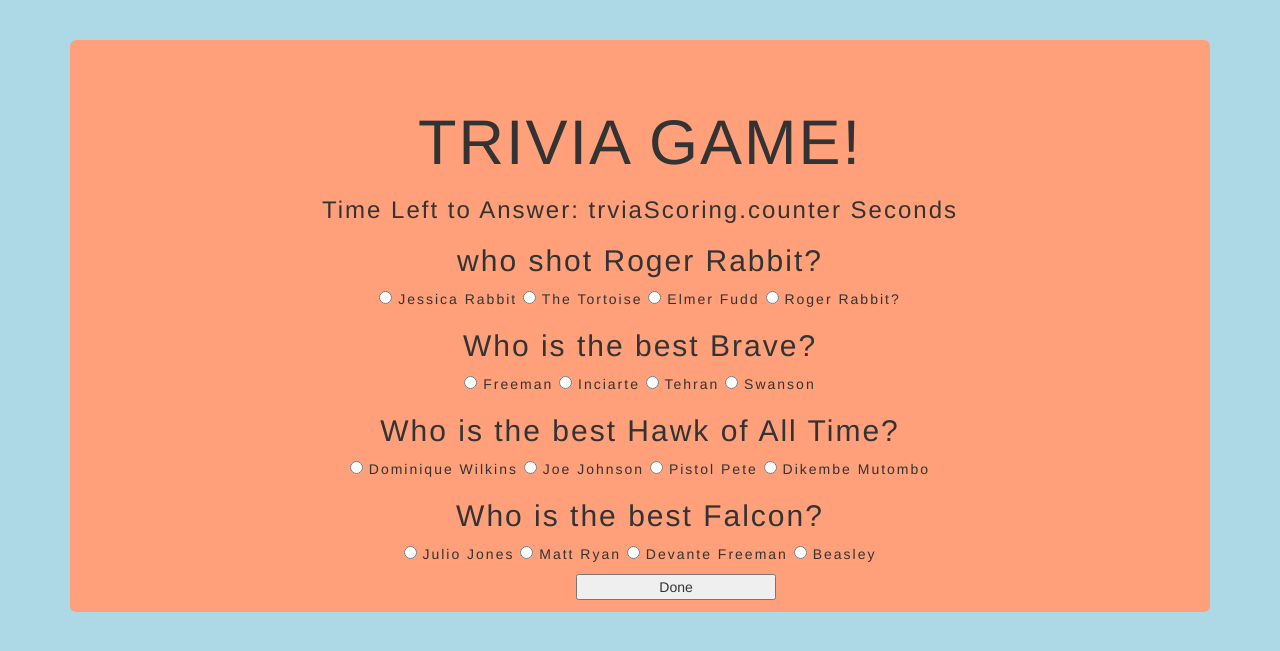
Repository: phiniezyc/TriviaGame
Page: index.html
The author's editor kept a copy of each file at every save. The page is drawn from the files as they stood at one save, then again after a run of saves.
The browser window is 1280 px wide. The pictures show the whole page.
After loading, the first visible `#startGameButton` was clicked once.
Some web libraries are served in a nearby version.

Above is the page before, as saved 2017-09-14 01:50:59.
Console error: TypeError: "#timeLeft".html is not a function

After the next 2 saves:
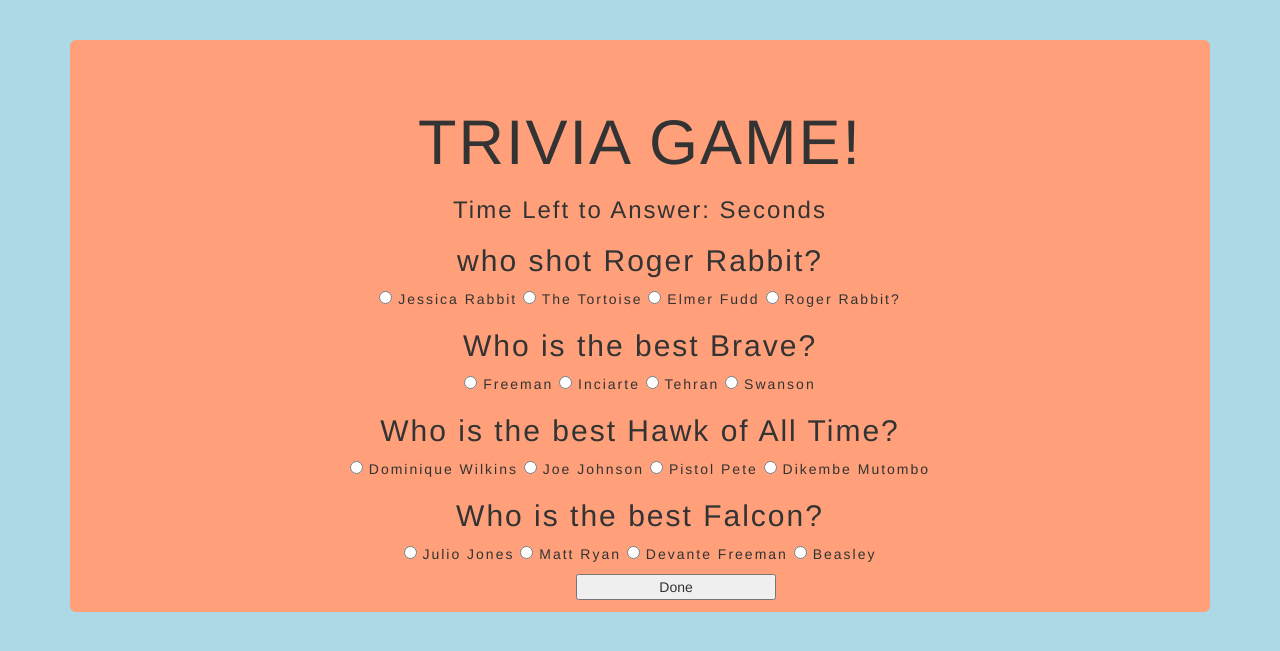
The 2 saves are shown as one change because they came seconds apart.
The last was saved 19 s later.
--- a/assets/javascript/app.js
+++ b/assets/javascript/app.js
@@ -44,7 +44,7 @@
     },
     startTimer: function() {
         timer = setInterval(trivaScoring.timeLeft, 1000);
-        $("#questionSection").prepend("<h3>Time Left to Answer: <span id = 'timeLeft'> trviaScoring.counter </span> Seconds </h3>");
+        $("#questionSection").prepend("<h3>Time Left to Answer: <span id = 'timeLeft'>  </span> Seconds </h3>");
         $("#startGameButton").remove();
         for (var i = 0; i < questions.length; i++) {
             $("#questionSection").append("<h2>" + questions[i].question + "</h2>");
